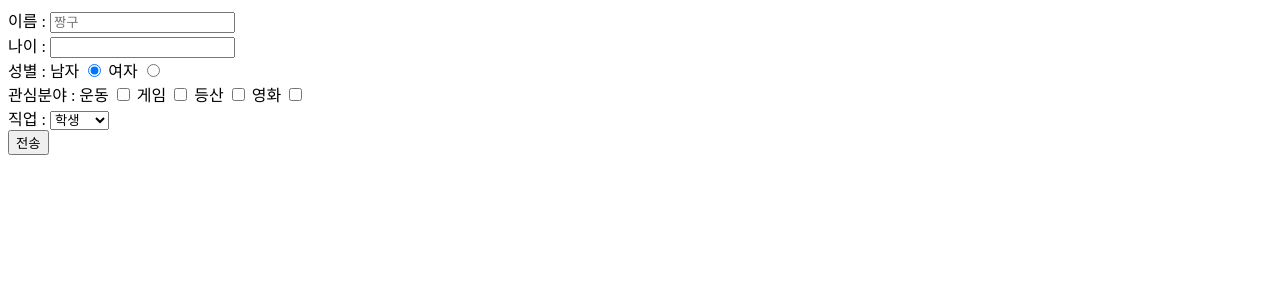
Repository: LEENYAMNYAM/JSP
Page: http://localhost/JSP_Project/exam/forminput.jsp
These files come from the project's save history. The page is drawn as it stood at one moment and after the next save; the edit follows.
The browser window is 1280 px wide. The pictures show the whole page.
The page is served by Tomcat 9. Other server files are loaded and not shown.

Above is the page before, as saved 2025-02-27 05:16:19.

### JSP_Project/src/main/webapp/exam/forminput.jsp
<%@ page language="java" contentType="text/html; charset=UTF-8"
    pageEncoding="UTF-8"%>
<!DOCTYPE html>
<html>
<head>
<meta charset="UTF-8">
<title>FORM EXAM</title>
</head>
<body>

<form action="fromResult.jsp" method="post">
이름 : <input type="text" id="name" name="name" placeholder="짱구"></br>
나이 : <input type="number" id="age" name="age"></br>
성별 : <label for="m">남자</label>
	  <input type="radio" name="gender" id="m" checked>
	  <label for="w">여자
	  </label>
	  <input type="radio" name="gender" id="w"></br>
관심분야 : <label for="h1">운동</label>
		 <input type="checkbox" name="hobby" id="h1">
		 <label for="h2">게임</label>
		 <input type="checkbox" name="hobby" id="h2">
		 <label for="h3">등산</label>
		 <input type="checkbox" name="hobby" id="h3">
		 <label for="h4">영화</label>
		 <input type="checkbox" name="hobby" id="h4"></br>
직업 : <select name="job">
	  	<option value="학생">학생</option>
	  	<option value="공무원">공무원</option>
	  	<option value="회사원">회사원</option>
	  	<option value="기타">기타</option>
	  </select> </br>

<button type="button"> 전송 </button>



</form>

</body>
</html>

After the next save:
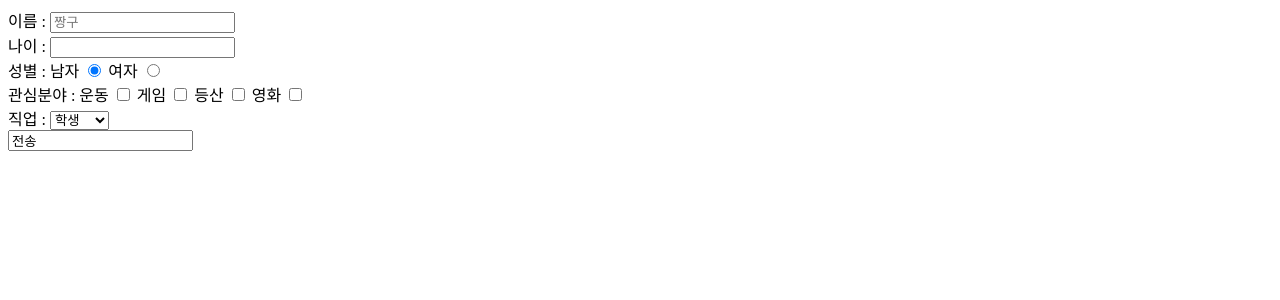
Saved 69 s later.
--- a/JSP_Project/src/main/webapp/exam/forminput.jsp
+++ b/JSP_Project/src/main/webapp/exam/forminput.jsp
@@ -31,7 +31,7 @@
 	  	<option value="기타">기타</option>
 	  </select> </br>
 
-<button type="button"> 전송 </button>
+<input type="sumit" value="전송"/>
 
 
 

After the 2 saves that followed:
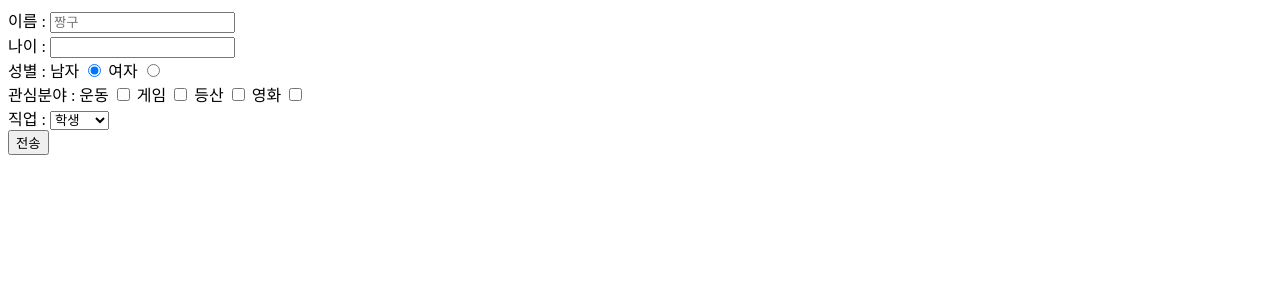
The 2 saves are shown as one change because 1 left the picture as it was.
The last was saved 23 s later.
--- a/JSP_Project/src/main/webapp/exam/forminput.jsp
+++ b/JSP_Project/src/main/webapp/exam/forminput.jsp
@@ -31,7 +31,7 @@
 	  	<option value="기타">기타</option>
 	  </select> </br>
 
-<input type="sumit" value="전송"/>
+<input type="submit" value="전송" />
 
 
 
